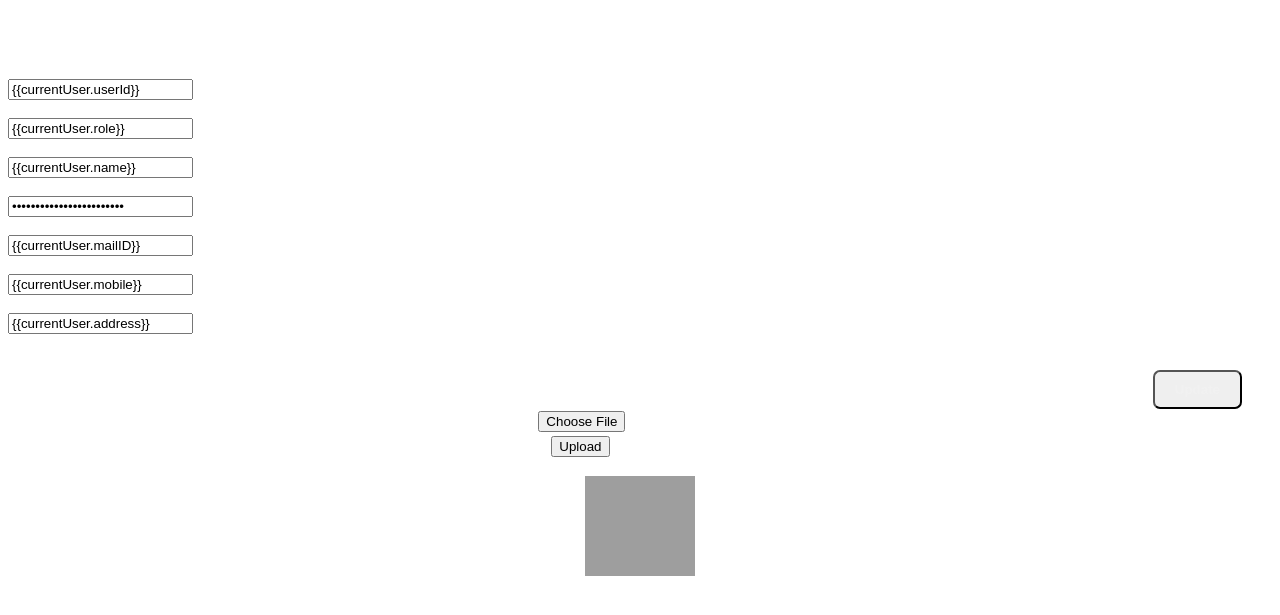
Repository: shailaja1601/collaborative_project
Page: CollabarationFrontEnd/WebContent/user/my_profile.html
The author's editor kept a copy of each file at every save. The page is drawn from the files as they stood at one save, then again after the next save.
The browser window is 1280 px wide. The pictures show the whole page.
Pictures or frames that could not be fetched are drawn as grey boxes.

Above is the page before, as saved 2017-02-07 20:36:21.

After the next save:
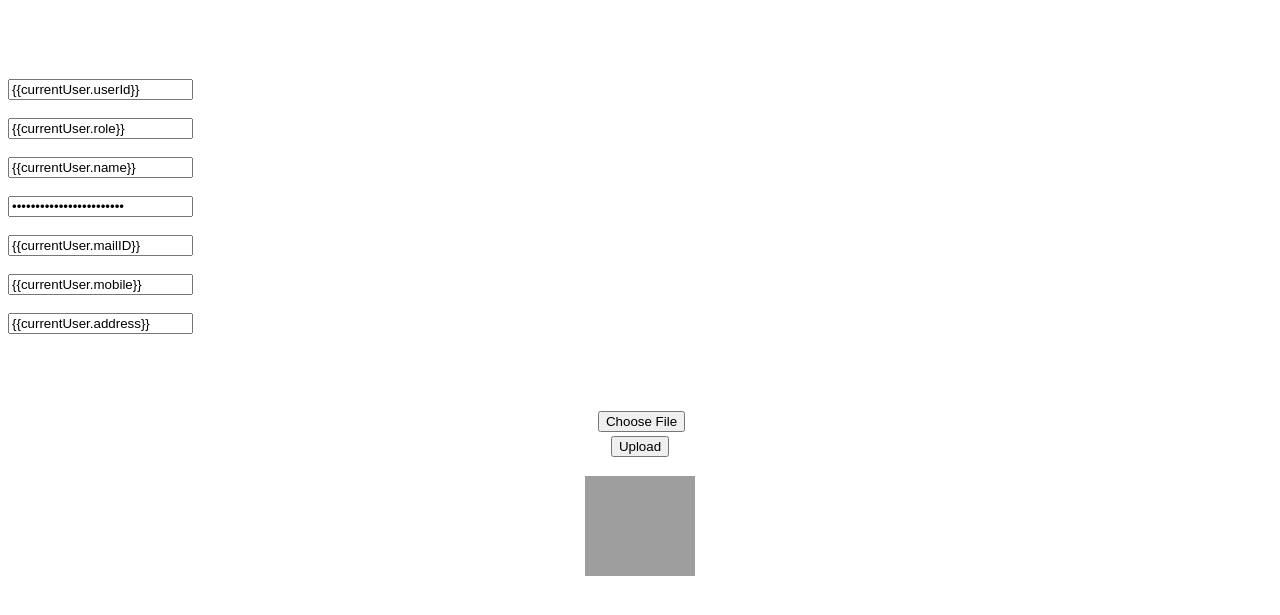
Saved 2 min 24 s later.
--- a/CollabarationFrontEnd/WebContent/user/my_profile.html
+++ b/CollabarationFrontEnd/WebContent/user/my_profile.html
@@ -119,10 +119,10 @@ background-color:rgba(255,255,255,0.1);
 							</div>
 						<br><br>
 						<div class="form-actions">
-					<button class="btn btn-primary" type="submit">
+					<!-- <button class="btn btn-primary" type="submit">
 						<i class="fa fa-user-circle"
 							style="font-size: 17px;"></i> <b>Update</b>
-					</button>
+					</button> -->
 							</div>
 							</form>
 					</div>
